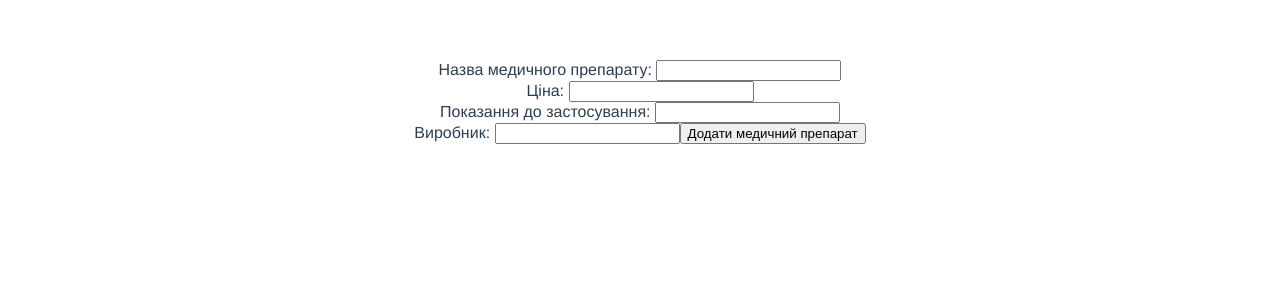
Repository: kristinap8/pharmacy
Page: /
An editor plug-in stored every save of this project. The page is shown before and after the next save, followed by the edit.
The browser window is 1280 px wide. The pictures show the whole page.
The project was rebuilt for these pictures with package versions that can differ from the ones it lists, and the page was loaded fresh each time.

Above is the page before, as saved 2020-12-09 09:29:35.

### src/main.js
import Vue from 'vue'
import App from './App.vue'
import router from "./router"
import store from "./store"

Vue.config.productionTip = false

new Vue({
  store,
  router,
  render: h => h(App),
}).$mount('#app')

### src/App.vue
<template>
  <div id="app">
    <router-view/>
  </div>
</template>

<script>
export default {
  name: "App",
  components: {},
};
</script>

<style>
#app {
  font-family: Avenir, Helvetica, Arial, sans-serif;
  -webkit-font-smoothing: antialiased;
  -moz-osx-font-smoothing: grayscale;
  text-align: center;
  color: #2c3e50;
  margin-top: 60px;
}
</style>

### src/router.js
import Vue from "vue";
import VueRouter from "vue-router";
import AddMedicine from "@/pages/AddMedicine";
import EditMedicine from "@/pages/AddMedicine";
import AllMedicines from "@/pages/AddMedicine";

Vue.use(VueRouter);

const routes=[
    {
        path:'/',
        name:'all-medicines',
        component:AllMedicines
    },
    {
        path:'/edit_medicine/:medicine_id',
        name:'edit-medicine',
        component:EditMedicine
    },
    {
        path:'/add_medicine',
        name:'add-medicine',
        component:AddMedicine
    },
]

const router=new VueRouter({
    mode:"history",
    routes
});

export default router;

### src/store/index.js
import Vue from "vue";
import Vuex from "vuex";
import { v4 as uuid_v4 } from 'uuid'

Vue.use(Vuex)

const store=new Vuex.Store({
    state:{
      medicinesList:[
          {
              id:1,
              name:'Но-шпа',
              price:60.48,
              requirements:"Спазми гладкої мускулатури, пов'язані з захворюваннями біліарного тракту: холецистолітіаз, холангіолітіаз, холецистит, перихолецистит, холангіт, папіліт. Спазми гладкої мускулатури при захворюваннях сечового тракту: нефролітіаз, уретролітіаз, пієліт, цистит, тенезми сечового міхура.",
              maker:"Chinoin (Угорщина)"

          },
          {
            id:2,
            name:"Діазолін",
            price:19.19,
            requirements:"Профілактика і лікування сезонного та алергічного риніту, полінозу, кропив'янки, харчової та медикаментозної алергії, дерматозів, що супроводжуються свербежем шкіри (екзема, нейродерміт).",
            maker:"Фармак ОАО (Україна, Київ)"

        },
        {
            id:3,
            name:"Амоксил",
            price:81.77,
            requirements:"Інфекції органів дихання, сечостатевої системи, травного тракту (у тому числі у комбінації з метронідазолом або кларитроміцином застосовують для лікування захворювань, асоційованих із Helicobacter pylori), шкіри та м’яких тканин, спричинені чутливими до лікарського засобу мікроорганізмами.",
            maker:"Киевмедпрепарат ОАО (Україна, Київ)"

        }
      ]
    },
    mutations:{
        addMedicine(state, data) {
            state.medicinesList.push({
             id: uuid_v4(),
             ...data,
           })
         },
         deleteMedicine(state,id){
             let medicines=state.medicinesList.filter(medicine=>medicine.id!=id)
             state.medicinesList=medicines;
         },
         editMedicine(state,medicine){
             state.medicinesList.forEach(m=>{
                 if(m.id==medicine.id){
                     m=medicine;
                 }
             } )
         }
    },
    actions:{
        addMedicine({ commit }, medicine) {
            commit('addMedicine', medicine)
          },
          deleteMovie({commit},id){
              commit('deleteMedicine',id)
          },
          editMovie({commit},medicine){
              commit('editMedicine',medicine)
          }
    },
    getters:{
        getMedicines:(state)=> state.medicinesList,
    },
    modules:{

    }
})

export default store

### src/pages/AddMedicine/index.vue
<template>
    <div>
       <add-medicine-form/>
    </div>
</template>

<script>
import AddMedicineForm from "../../components/AddMedicineForm"
    export default {
        name:"AddMedicine",
        components: {
            AddMedicineForm,
        },
    }
</script>

<style lang="scss" scoped>

</style>

### src/components/AddMedicineForm/index.vue
<template>
    <div>
    <div>
    <label>
        Назва медичного препарату:
        <input type="text" v-model="name"/>
    </label>
    </div>
    <div>
    <label>
        Ціна:
        <input type="number" v-model="price"/>
    </label>
    </div>
    <div>
    <label>
        Показання до застосування:
        <input type="text" v-model="requirements"/>
    </label>
    </div>
    <div>
    <label>
        Виробник:
        <input type="text" v-model="maker"/>
    </label>
    <button @click="onAddMedicine">
        Додати медичний препарат
    </button>
    </div>
    </div>
</template>

<script>
import { mapActions } from 'vuex'

    export default {
        name:"AddMedicineForm",
        data() {
            return {
            name: null,
            price: null,
            requirements: null,
            maker: null,
            }
        },
        methods: {
            ...mapActions(['addMedicine']),
            onAddMedicine() {
                const{name,price,requirements,maker}=this
                this.addMedicine({
                    name,
                    price,
                    requirements,
                    maker
                })
                this.$router.push('/')
            }
        },
    }
</script>

<style lang="scss" scoped>

</style>

Loaded but not shown: public/index.html (common file)

After the next save:
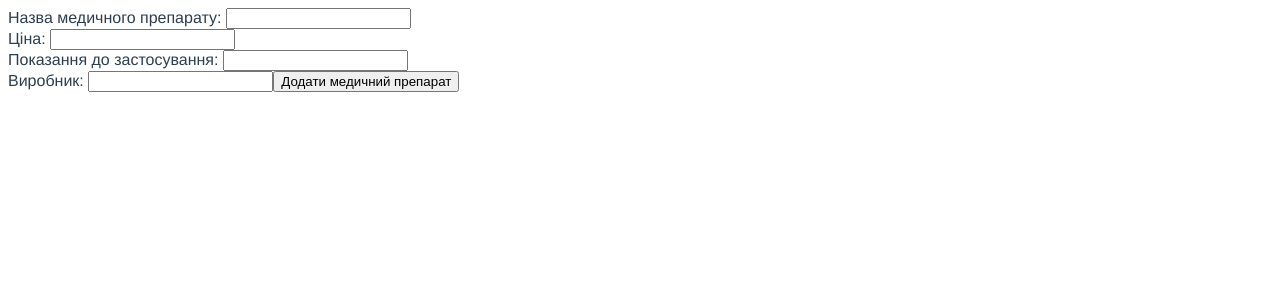
Saved 6 min 19 s later.
--- a/src/App.vue
+++ b/src/App.vue
@@ -16,8 +16,6 @@ export default {
   font-family: Avenir, Helvetica, Arial, sans-serif;
   -webkit-font-smoothing: antialiased;
   -moz-osx-font-smoothing: grayscale;
-  text-align: center;
   color: #2c3e50;
-  margin-top: 60px;
 }
 </style>
